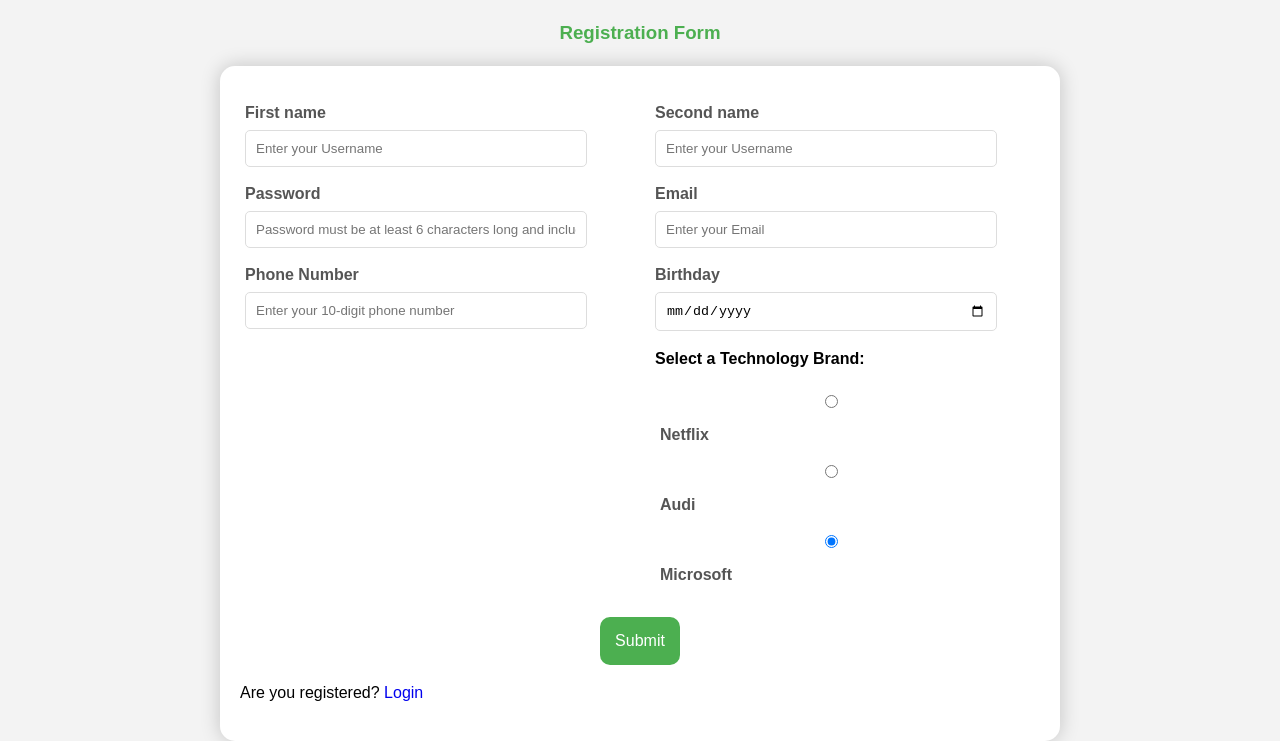
Repository: alizey12/Regestratin-Form-js
Page: regester.html
An editor plug-in stored every save of this project. The page is shown before and after a run of saves, followed by the edit.
The browser window is 1280 px wide. The pictures show the whole page.

Above is the page before, as saved 2024-11-29 20:30:56.

After the next 2 saves:
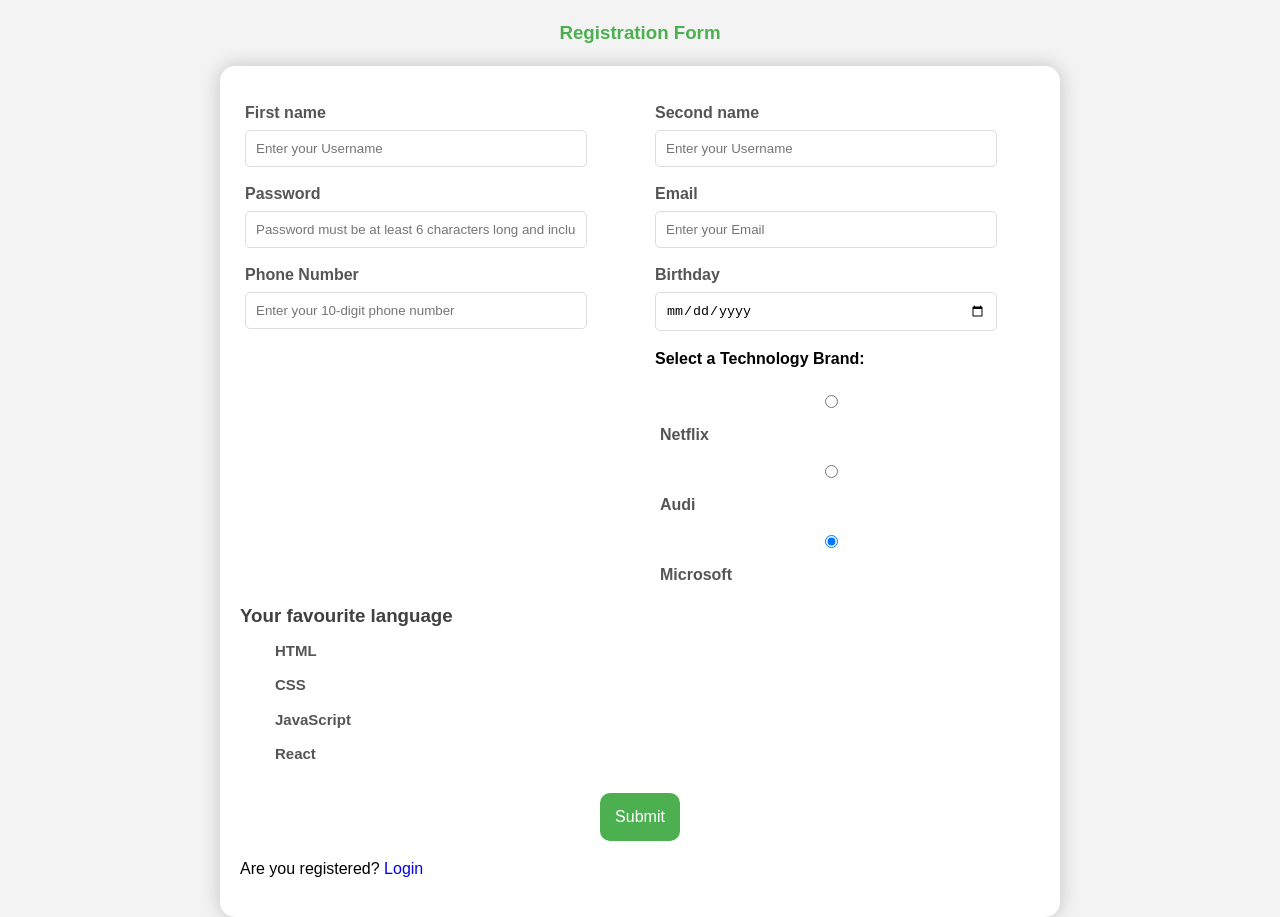
The 2 saves are shown as one change because they came seconds apart.
The last was saved 7 s later.
--- a/regester.html
+++ b/regester.html
@@ -80,6 +80,24 @@
 
                 </div>
             </div>
+            <h3 class="heading">Your favourite language</h3>
+            <label class="container">
+                HTML
+                <input type="checkbox" name="language" value="HTML">
+            </label>
+            <label class="container">
+                CSS
+                <input type="checkbox" name="language" value="CSS">
+            </label>
+            <label class="container">
+                JavaScript
+                <input type="checkbox" name="language" value="JavaScript">
+            </label>
+            <label class="container">
+                React
+                <input type="checkbox" name="language" value="React">
+            </label>
+
             <div class="wrap">
                 <button type="submit">Submit</button>
             </div>
